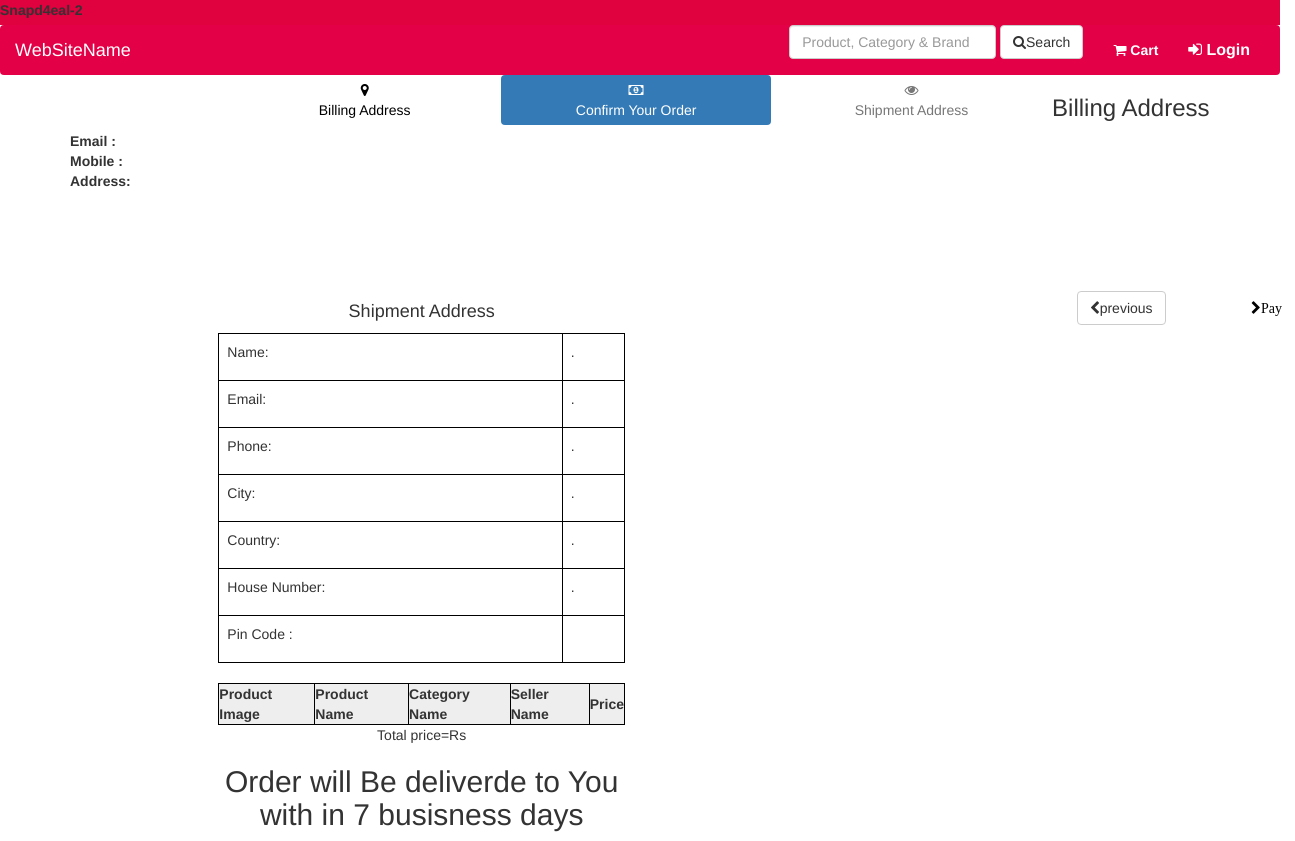
Repository: Aryans26/project
Page: http://localhost/frontend/WEB-INF/views/orderconfirm.jsp
The author's editor kept a copy of each file at every save. The page is drawn from the files as they stood at one save, then again after the next save.
The browser window is 1280 px wide. The page is 1295 px wide, so the pictures cover 1295 px, including what lies to the right of the window. The pictures show the whole page.
Some web libraries are served in a nearby version. The page is served by Tomcat 9. Nobody is signed in. The template is opened directly, without the code that normally fills it, so the values that code supplies are empty.

Above is the page before, as saved 2017-06-21 09:52:20.

After the next save:
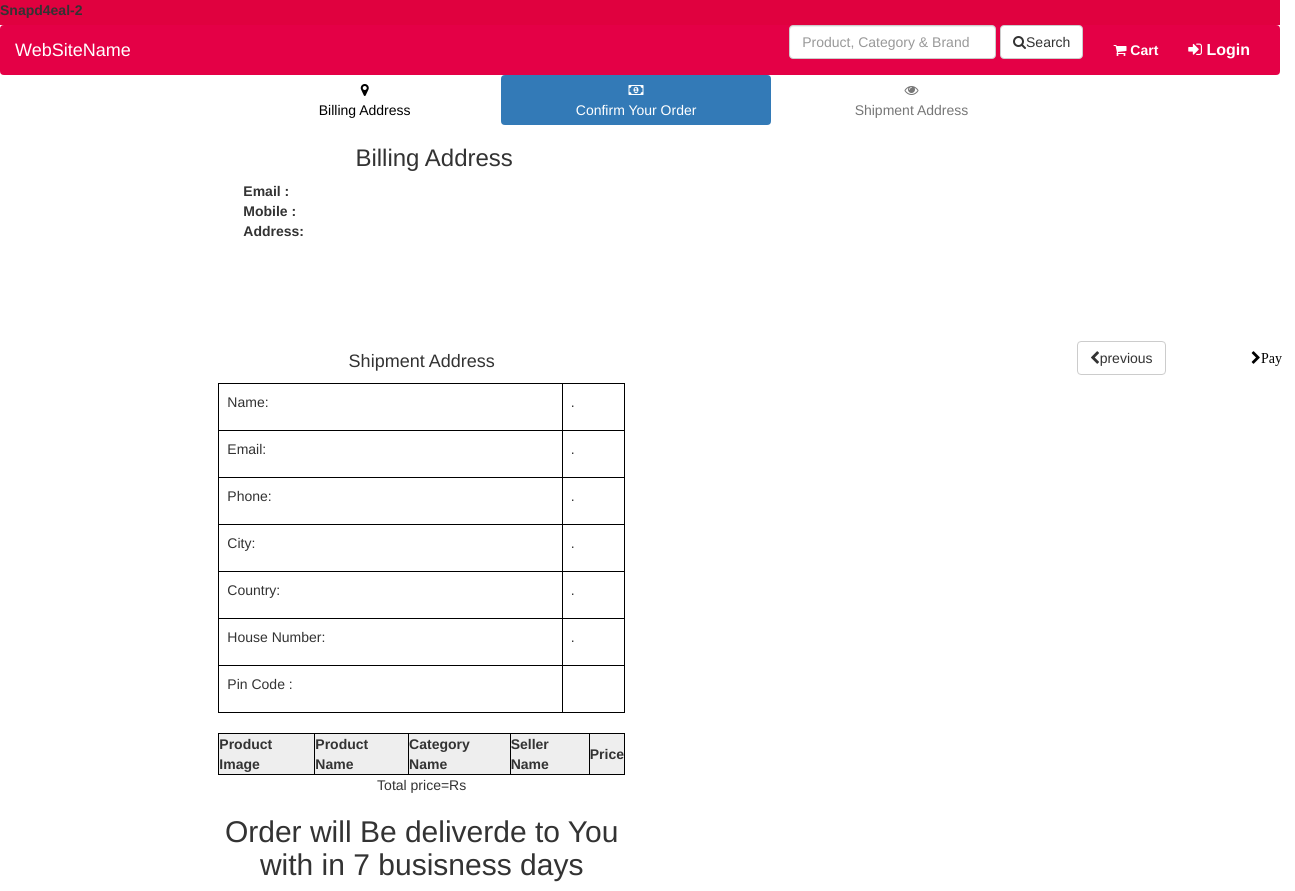
Saved 69 s later.
--- a/frontend/src/main/webapp/WEB-INF/views/orderconfirm.jsp
+++ b/frontend/src/main/webapp/WEB-INF/views/orderconfirm.jsp
@@ -28,8 +28,8 @@
                                 </ul>
 </form>
 </div>
-<div class=" container">
-
+<div class="col-md-10 col-lg-8 col-lg-offset-2 container">
+<div class="col-md-6 col-sm-6">
 		<h3 class="text-center">Billing Address</h3>
 <!-- 		<div class="row"> -->
 <!-- 		<div class="col-md-6 col-sm-6 b-r"><b>Name :</b></div> -->
@@ -44,6 +44,8 @@
 		${billing.getStreet_name()}<br>${billing.getCity()}<br>${billing.getState()}<br>${billing.getCountry()}<br>
 		${billing.getPincode()}<br>
 		</div></div>
+
+		</div>
 
 
                                                  </div>
